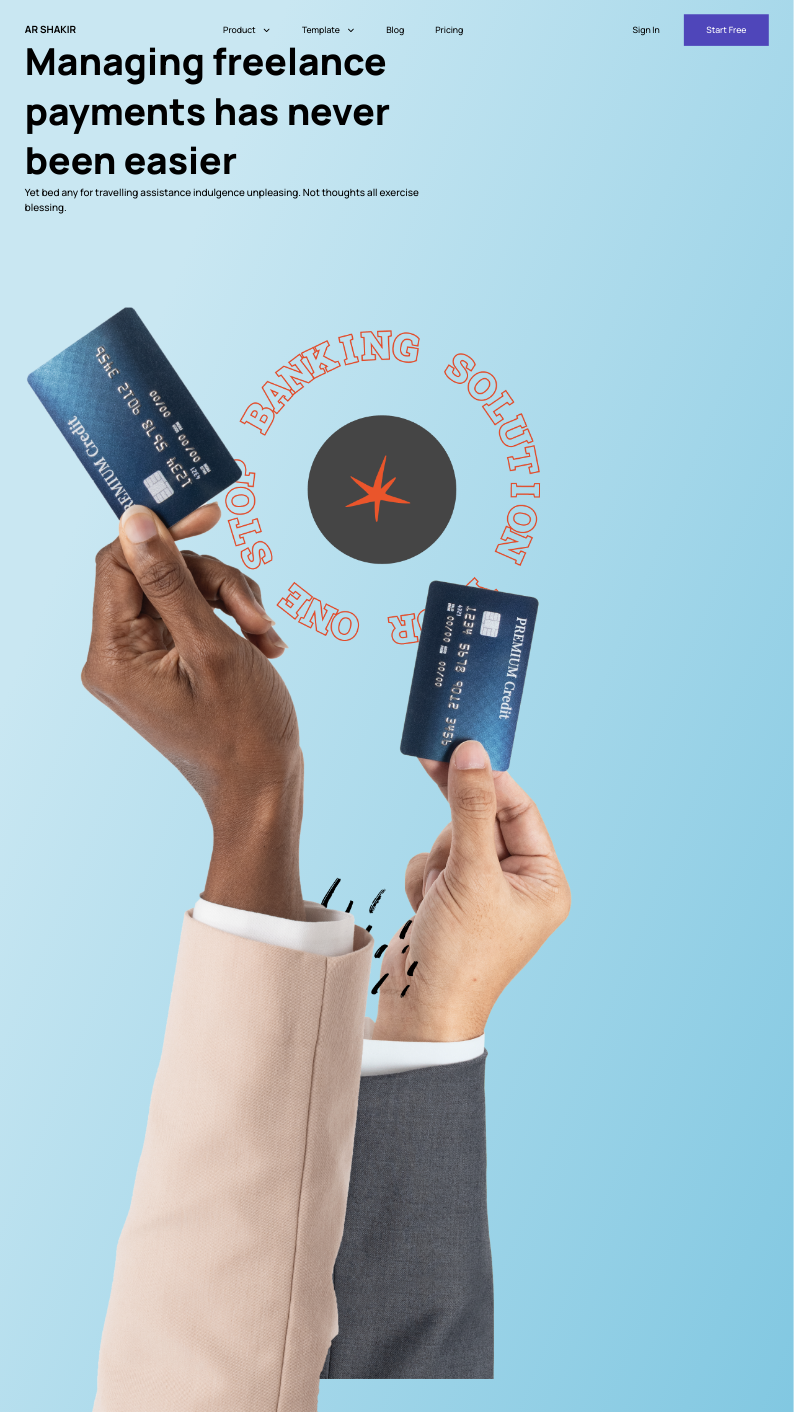
Repository: duongdori/ARShakir
Page: index.html
An editor plug-in stored every save of this project. The page is shown before and after the next save, followed by the edit.
The browser window is 1280 px wide. The pictures show the whole page, at 62% of full size.

Above is the page before, as saved 2022-04-01 23:07:28.

### index.html
<!DOCTYPE html>
<html lang="en">
<head>
    <meta charset="UTF-8">
    <meta http-equiv="X-UA-Compatible" content="IE=edge">
    <meta name="viewport" content="width=device-width, initial-scale=1.0">
    <title>Document</title>
    <link rel="preconnect" href="https://fonts.googleapis.com">
    <link rel="preconnect" href="https://fonts.gstatic.com" crossorigin>
    <link href="https://fonts.googleapis.com/css2?family=Manrope:wght@400;500;600;700;800&display=swap" rel="stylesheet">

    <link rel="stylesheet" href="./assets/css/main.css">
</head>
<body>
    <div class="wrapper">
        <header class="header">
            <div class="header-top">
                <div class="container">
                    <div class="header-logo">AR Shakir</div>
                    <ul class="header-menu">
                        <li class="header-menu-item">
                            <a href="#" class="header-menu-item-link">Product</a>
                            <a href="#" class="header-menu-item-icon">
                                <ion-icon name="ios-arrow-down"></ion-icon>
                            </a>
                        </li>
                        <li class="header-menu-item">
                            <a href="#" class="header-menu-item-link">Template</a>
                            <a href="#" class="header-menu-item-icon">
                                <ion-icon name="ios-arrow-down"></ion-icon>
                            </a>
                        </li>
                        <li class="header-menu-item">
                            <a href="#" class="header-menu-item-link">Blog</a>
                        </li>
                        <li class="header-menu-item">
                            <a href="#" class="header-menu-item-link">Pricing</a>
                        </li>
                    </ul>
                    <div class="header-login">
                        <a href="#" class="header-login-signin">Sign In</a>
                        <a href="#" class="header-login-startfree">Start Free</a>
                    </div>
                </div>
            </div>
            <div class="container">
                <div class="header-main">
                    <div class="header-content">
                        <h1 class="header-content-heading">
                            Managing freelance payments has never been easier
                        </h1>
                        <p class="header-content-desc">
                            Yet bed any for travelling assistance indulgence unpleasing. Not thoughts all exercise blessing.
                        </p>
                    </div>
                    <img src="./assets/images/img1.png" alt="">
                </div>
            </div>
        </header>
    </div>
</body>
<script  src = "https://unpkg.com/ionicons@4.5.10-0/dist/ionicons.js" > </script >
</html>

### assets/css/main.css
*, *::before, *::after {
  box-sizing: border-box;
}
* {
  margin: 0;
}

html, body {
  height: 100%;
}
body {
  line-height: 1.5;
  -webkit-font-smoothing: antialiased;
  -webkit-tap-highlight-color: rgba(0,0,0,0);
}

img, picture, video, canvas, svg {
  display: block;
  max-width: 100%;
}
input, button, textarea, select {
  font: inherit;
  outline: none;
  border: none;
}
p, h1, h2, h3, h4, h5, h6 {
  overflow-wrap: break-word;
}

:root {
    --primary-font: "Manrope";
    --primary-text-color: #000;
}
body {
    font-family: var(--primary-font);
    font-weight: 500;
}

.wrapper {
    max-width: 1440px;
    margin: 0 auto;
}

.container {
    max-width: 1200px;
    margin: 0 auto;
}

.header{
    background: linear-gradient(292.12deg, #62BADA -35.02%, #C9E7F2 78.96%);
}

.header-top{
    padding-top: 38px;
}

.header-top .container {
    display:flex;
    justify-content: space-between;
    align-items: center;
}

.header-logo{
    font-weight: 700;
    font-style: 20px;
    line-height: calc(25 / 20);
    text-transform: uppercase;
    color: var(--primary-text-color);
}

.header-menu{
    display:flex;
    align-items: center;
    list-style: none;
    font-weight: 500;
    font-size: 14px;
    line-height: calc(19 / 14);
    padding: 0;
    margin-left: -50px;

}

.header-menu-item{
    margin-left: 50px;
}

.header-menu-item-link{
    color: var(--primary-text-color);
    text-decoration: none;

}

.header-menu-item-icon {
    color: var(--primary-text-color);
    margin-left: 8px;
    display: inline;
    top: 2px;
    position: relative;
}

.header-login{
    font-size: 14px;
    line-height: calc(19 / 14);
}

.header-login-signin{
    color: var(--primary-text-color);
    text-decoration: none;
    padding: 16px 36px;

}

.header-login-startfree{
    color: #fff;
    text-decoration: none;
    background-color: #4F46BA;
    padding: 16px 36px;

}


.header-main {

}

.header-content {
    max-width: 646px;
    width: 100%;
}

.header-content-heading {
    font-size: 60px;
    font-weight: 800;
    line-height: calc(80 / 60);
    color: var(--primary-text-color);
}

After the next save:
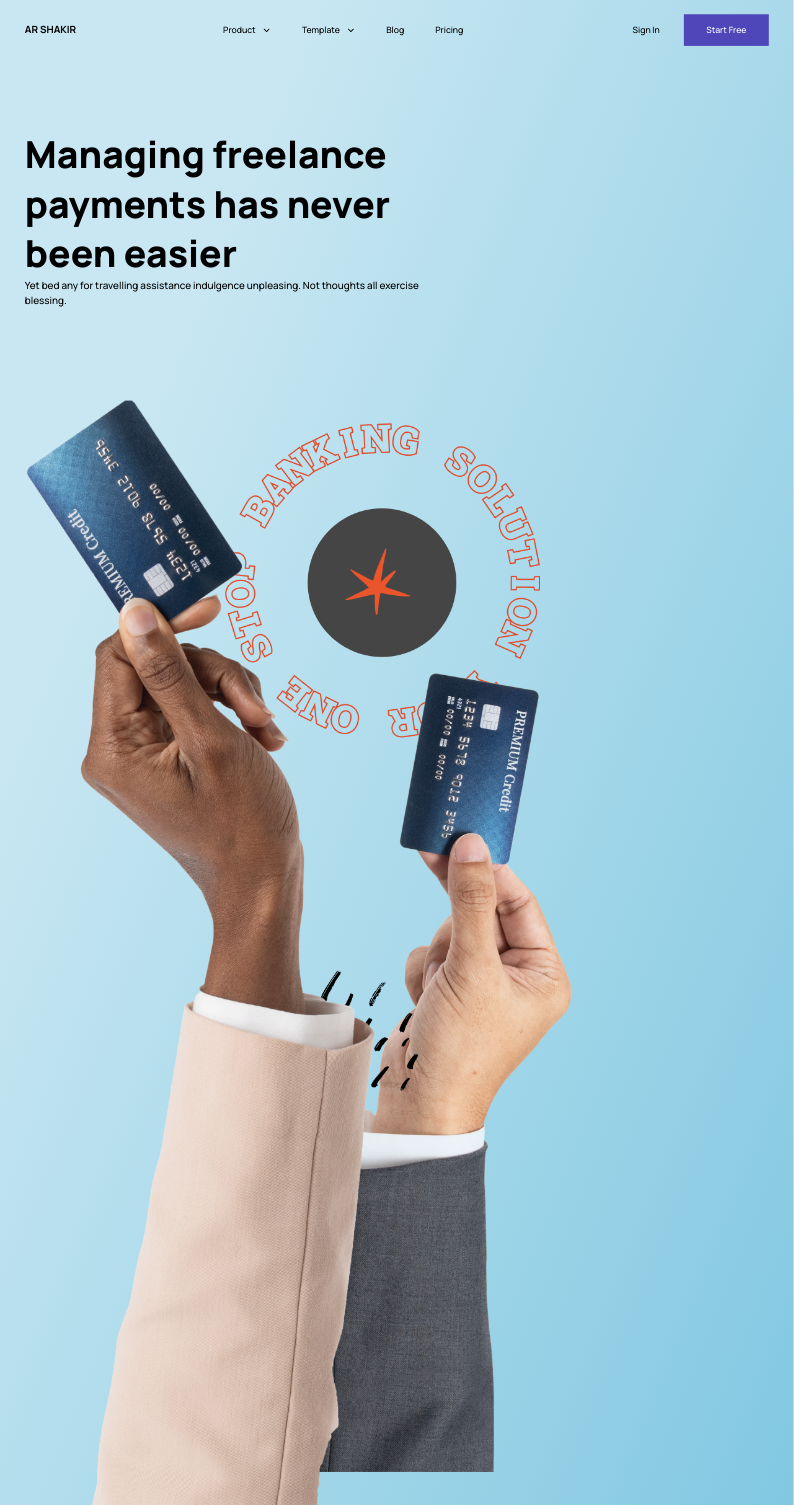
Saved 105 s later.
--- a/assets/css/main.css
+++ b/assets/css/main.css
@@ -126,6 +126,7 @@ body {
 .header-content {
     max-width: 646px;
     width: 100%;
+    margin-top: 150px;
 }
 
 .header-content-heading {
